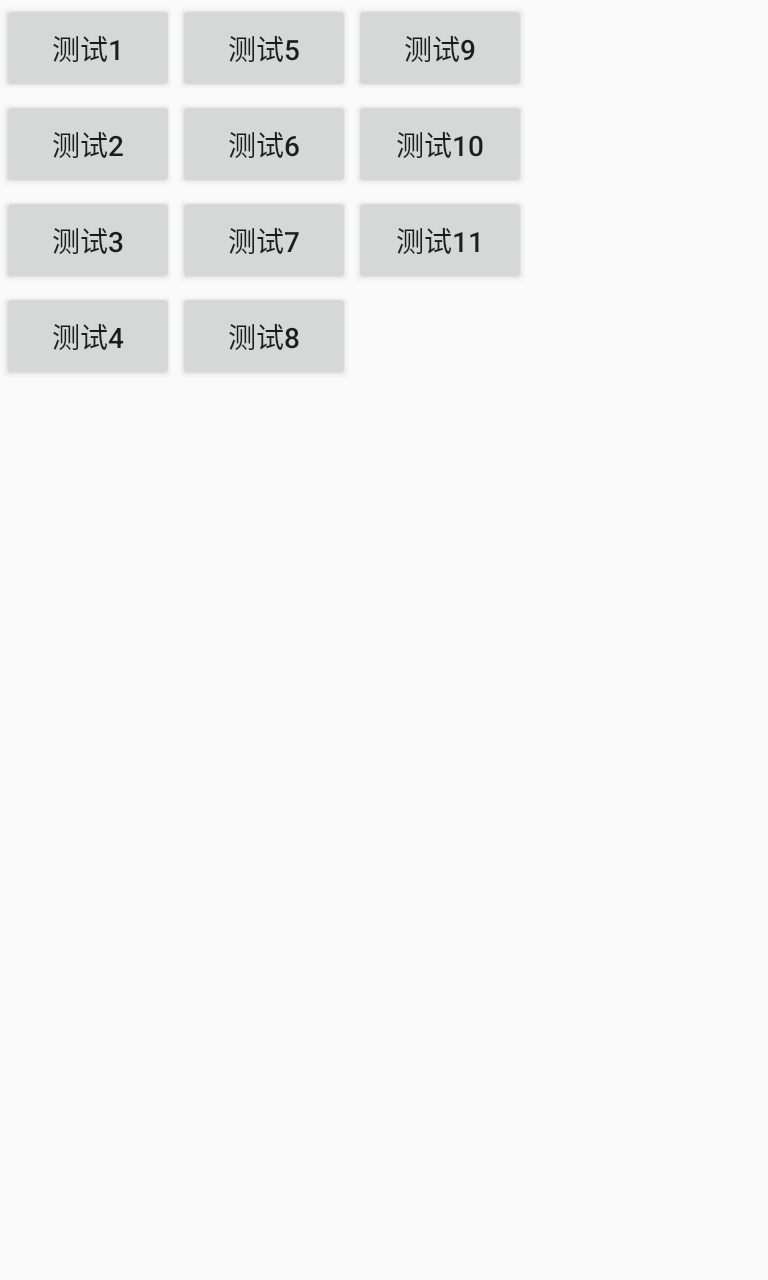
Repository: A207/guanjingjing
Layout: day4/LayoutApp/res/layout/ActivityGridLayout.xml
The author's editor kept a copy of each file at every save. The layout is drawn from the files as they stood at one save, then again after the next save.
It is drawn on a 768 x 1280 px phone screen (xhdpi) without system bars, with theme AppTheme; the app's code is not run.

Above is the layout before, as saved 2015-07-09 11:18:53.

### day4/LayoutApp/res/layout/ActivityGridLayout.xml
<?xml version="1.0" encoding="UTF-8"?>
<GridLayout xmlns:android="http://schemas.android.com/apk/res/android"
    xmlns:tools="http://schemas.android.com/tools"
    android:layout_width="match_parent"
    android:layout_height="match_parent"
    android:orientation="vertical"
    android:rowCount="4"
    tools:ignore="NewApi" >

    <!-- android:columnCount="3" -->

    <Button
        android:layout_width="wrap_content"
        android:layout_height="wrap_content"
        android:text="测试1" >
    </Button>

    <Button
        android:layout_width="wrap_content"
        android:layout_height="wrap_content"
        android:text="测试2" >
    </Button>

    <Button
        android:layout_width="wrap_content"
        android:layout_height="wrap_content"
        android:text="测试3" >
    </Button>

    <Button
        android:layout_width="wrap_content"
        android:layout_height="wrap_content"
        android:text="测试4" >
    </Button>

    <Button
        android:layout_width="wrap_content"
        android:layout_height="wrap_content"
        android:text="测试5" >
    </Button>

    <Button
        android:layout_width="wrap_content"
        android:layout_height="wrap_content"
        android:text="测试6" >
    </Button>

    <Button
        android:layout_width="wrap_content"
        android:layout_height="wrap_content"
        android:text="测试7" >
    </Button>

    <Button
        android:layout_width="wrap_content"
        android:layout_height="wrap_content"
        android:text="测试8" >
    </Button>

    <Button
        android:layout_width="wrap_content"
        android:layout_height="wrap_content"
        android:text="测试9" >
    </Button>

    <Button
        android:layout_width="wrap_content"
        android:layout_height="wrap_content"
        android:text="测试10" >
    </Button>

    <Button
        android:layout_width="wrap_content"
        android:layout_height="wrap_content"
        android:text="测试11" >
    </Button>

</GridLayout>

Loaded but not shown: day4/LayoutApp/res/values/styles.xml (common file); day4/LayoutApp/res/values-v11/styles.xml (common file); day4/LayoutApp/res/values-v14/styles.xml (common file)

After the next save:
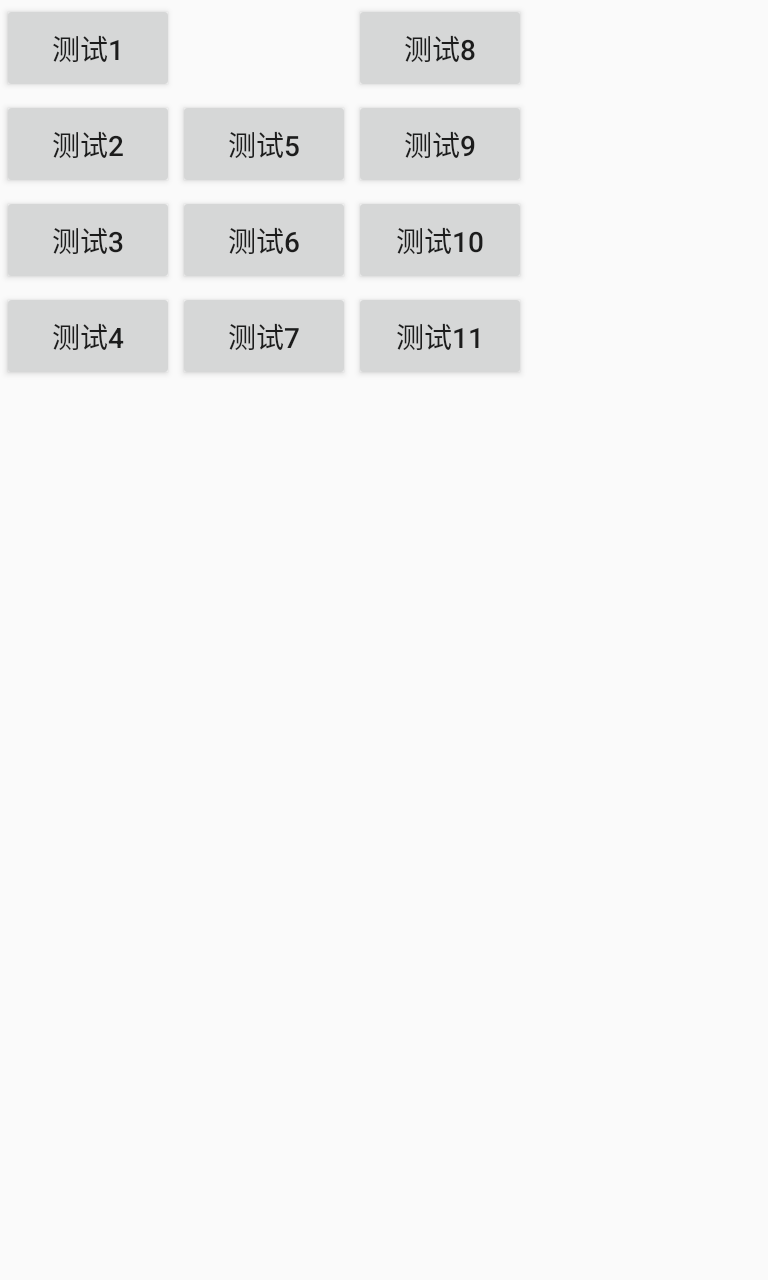
Saved 41 s later.
--- a/day4/LayoutApp/res/layout/ActivityGridLayout.xml
+++ b/day4/LayoutApp/res/layout/ActivityGridLayout.xml
@@ -12,7 +12,8 @@
     <Button
         android:layout_width="wrap_content"
         android:layout_height="wrap_content"
-        android:text="测试1" >
+        android:text="测试1"
+        android:layout_columnSpan="2" ><!-- 横跨两列 -->
     </Button>
 
     <Button
